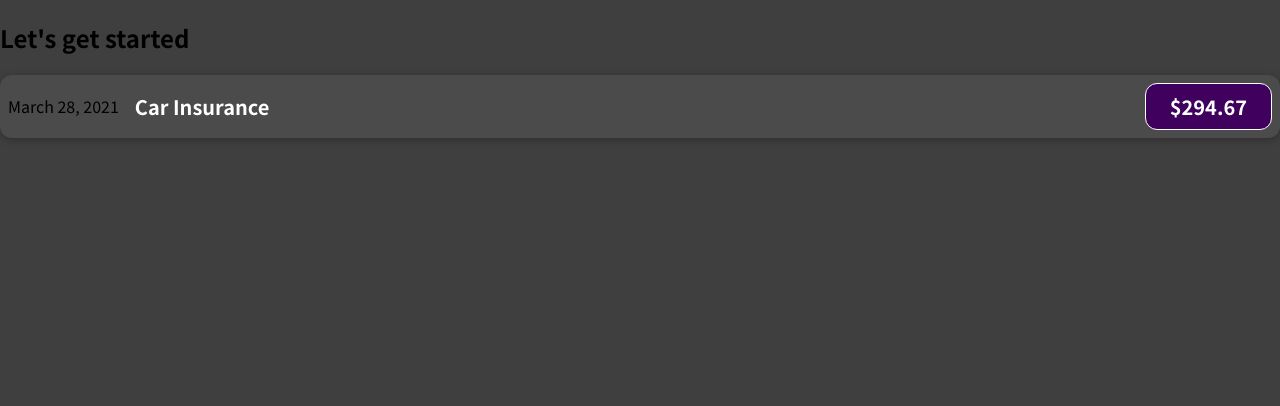
Repository: runner855/expense-tracker
Page: /
An editor plug-in stored every save of this project. The page is shown before and after the next save, followed by the edit.
The browser window is 1280 px wide. The pictures show the whole page.
The project was rebuilt for these pictures with package versions that can differ from the ones it lists, and the page was loaded fresh each time.

Above is the page before, as saved 2022-09-02 11:58:06.

After the next save:
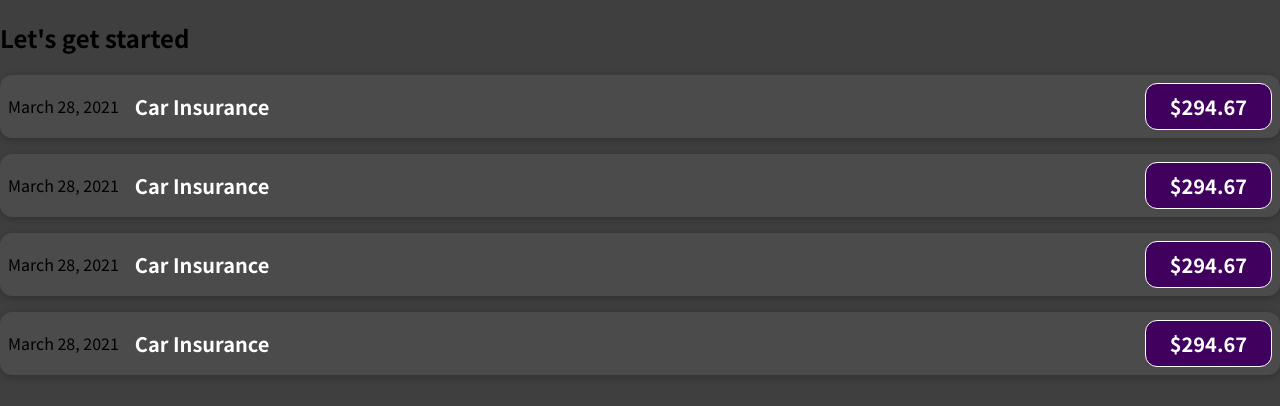
Saved 2 min 7 s later.
--- a/src/components/App.js
+++ b/src/components/App.js
@@ -31,6 +31,10 @@ const App = (props) => {
     <div className="App">
       <h2>Let's get started</h2>
       <ExpenseItem />
+      <ExpenseItem />
+      <ExpenseItem />
+      <ExpenseItem />
+
     </div>
   );
 }
